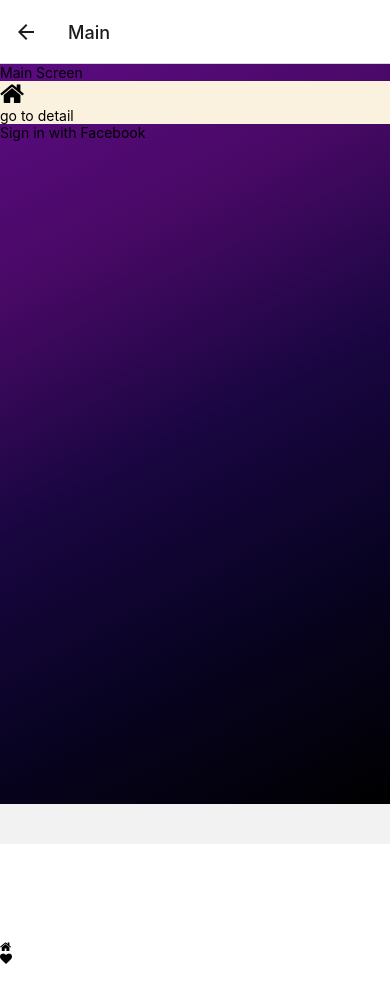
Repository: eyebone/barManager
Screen: /Main
An editor plug-in stored every save of this project. The screen is shown before and after the next save, followed by the edit.
The app was drawn by React Native's web renderer in a window 390 px wide. The project was rebuilt for these pictures with package versions that can differ from the ones it lists, and the page was loaded fresh each time. Also part of the build but not shown: components/EmojiPicker.js, components/Button.js, components/ImageViewer.js, components/circleButton.js, components/IconButton.js, view/ViewOne.js, view/Sign.js.

Above is the screen before, as saved 2023-06-26 17:08:40.

### App.js
// In App.js in a new project

import * as React from "react";
import { Button, View, Text, StyleSheet, Pressable, Alert } from "react-native";
// import React-native from 'react-native';
import { NavigationContainer } from "@react-navigation/native";
import { createNativeStackNavigator } from "@react-navigation/native-stack";
import { ViewOne } from "./view/ViewOne";
import { SignView } from "./view/Sign";
import { LinearGradient } from "expo-linear-gradient";
import FontAwesome from "react-native-vector-icons/FontAwesome";
import { MainView } from "./view/Main";

function HomeScreen({ navigation }) {
  return (
    <View style={styles.container}>
      <LinearGradient
        start={{ x: 0, y: 0 }}
        end={{ x: 1, y: 1 }}
        colors={["#5c0b82", "#480965", "#190641", "#070320", "#000000"]}
        style={styles.linearGradient}
      >
        <Text>Home Screen</Text>
        <Pressable
          style={(styles.button, { backgroundColor: "#faf2de" })}
          onPress={() => navigation.push("test")}
        >
          <FontAwesome name="home" size={26} style={{ paddingRight: 8 }} />
          <Text>go to detail</Text>
        </Pressable>

        <Button
          title="Go to Sign"
          onPress={() => navigation.navigate("sign")}
        />
        <Text style={styles.buttonText}>Sign in with Facebook</Text>
      </LinearGradient>
    </View>
  );
}

const Stack = createNativeStackNavigator();

function App() {
  return (
    <NavigationContainer style={styles.container}>
      <Stack.Navigator initialRouteName="Home">
        <Stack.Screen
          name="Home"
          component={HomeScreen}
          // options={{ title: "Overview", backgroundColor: "transparent" }}
          options={{ headerShown: false }}
        />
        <Stack.Screen name="test" component={ViewOne} />
        <Stack.Screen name="sign" component={SignView}
          options={{ headerShown: false }}
        />
        <Stack.Screen name="Main" component={MainView} />
      </Stack.Navigator>
    </NavigationContainer>
  );
}

export default App;

const styles = StyleSheet.create({
  container: {
    flex: 1,
    flexDirection: "column",
    backgroundColor: "#000000",
    //    alignItems: 'center',
  },
  linearGradient: {
    height: 740,
  },
  button: {
    borderRadius: 10,
    width: 300,
    height: 30,
    alignItems: "center",
    justifyContent: "center",
    flexDirection: "row",
  },
});

### view/Main.js
// 这是主界面

import { useState } from "react";
import { StatusBar } from "expo-status-bar";
import { StyleSheet, View } from "react-native";
import * as ImagePicker from "expo-image-picker";
import EmojiPicker from "../components/EmojiPicker";
import Button from "../components/Button";
import ImageViewer from "../components/ImageViewer";
import CircleButton from "../components/circleButton";
import IconButton from "../components/IconButton";
import { NavigationContainer } from "@react-navigation/native";
import { createNativeStackNavigator } from "@react-navigation/native-stack";
import { Text, Pressable } from "react-native";
import { NavigationBar } from "../components/NavigationBar";
import { LinearGradient } from "expo-linear-gradient";
import FontAwesome from "react-native-vector-icons/FontAwesome";

export function MainView({ navigation }) {
  return (
    <LinearGradient
      start={{ x: 0, y: 0 }}
      end={{ x: 1, y: 1 }}
      colors={["#5c0b82", "#480965", "#190641", "#070320", "#000000"]}
      style={styles.linearGradient}
    >
      <Text>Main Screen</Text>
      <Pressable
        style={(styles.button, { backgroundColor: "#faf2de" })}
        onPress={() => navigation.push("Home")}
      >
        <FontAwesome name="home" size={26} style={{ paddingRight: 8 }} />
        <Text>go to detail</Text>
      </Pressable>

      <Text style={styles.buttonText}>Sign in with Facebook</Text>
      <NavigationBar />
    </LinearGradient>
  );
}

const styles = StyleSheet.create({
  container: {
    flex: 1,
    flexDirection: "column",
    backgroundColor: "#000000",
    //    alignItems: 'center',
  },
  linearGradient: {
    height: 740,
  },
  button: {
    borderRadius: 10,
    width: 300,
    height: 30,
    alignItems: "center",
    justifyContent: "center",
    flexDirection: "row",
  },
});

### components/NavigationBar.js
//这是底部导航栏
import { StatusBar } from "expo-status-bar";
import { StyleSheet, View, Text } from "react-native";
import Button from "../components/Button";
import ImageViewer from "../components/ImageViewer";
import * as ImagePicker from "expo-image-picker";
import { useState } from "react";
const PlaceholderImage = require("../assets/images/background-image.png");
import * as React from "react";
import FontAwesome from "react-native-vector-icons/FontAwesome";
import {
  FlatList,
  Image,
  Platform,
  Pressable,
  PixelRatio,
  TextInput,
  Alert,
} from "react-native";
import { NavigationContainer } from "@react-navigation/native";
import { createNativeStackNavigator } from "@react-navigation/native-stack";
import { LinearGradient } from "expo-linear-gradient";

export function NavigationBar({navigation}) {
    return (
      <View style={styles.bar}>
        <Pressable>
          <FontAwesome name="home"></FontAwesome>
        </Pressable>
        <Pressable>
          <FontAwesome name="heart"></FontAwesome>
        </Pressable>
      </View>
    );
}

const styles = StyleSheet.create({
    bar:{
        width: 380,
        height: 56,
        backgroundColor: "#fff",
        marginTop: 800,
    },
})

After the next save:
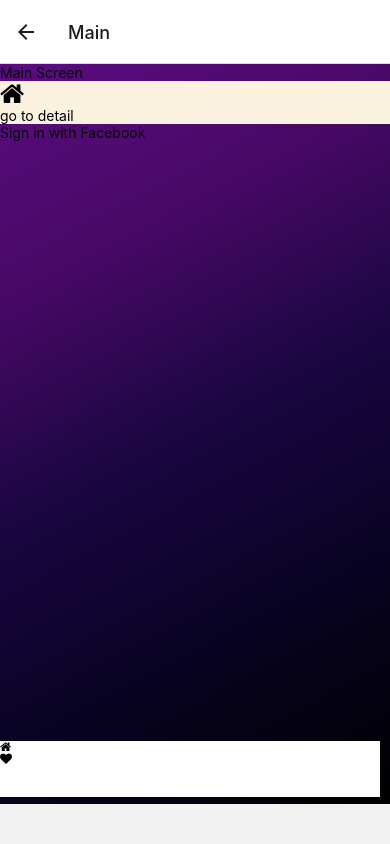
Saved 12 s later.
--- a/components/NavigationBar.js
+++ b/components/NavigationBar.js
@@ -39,6 +39,6 @@ const styles = StyleSheet.create({
         width: 380,
         height: 56,
         backgroundColor: "#fff",
-        marginTop: 800,
+        marginTop: 600,
     },
 })
